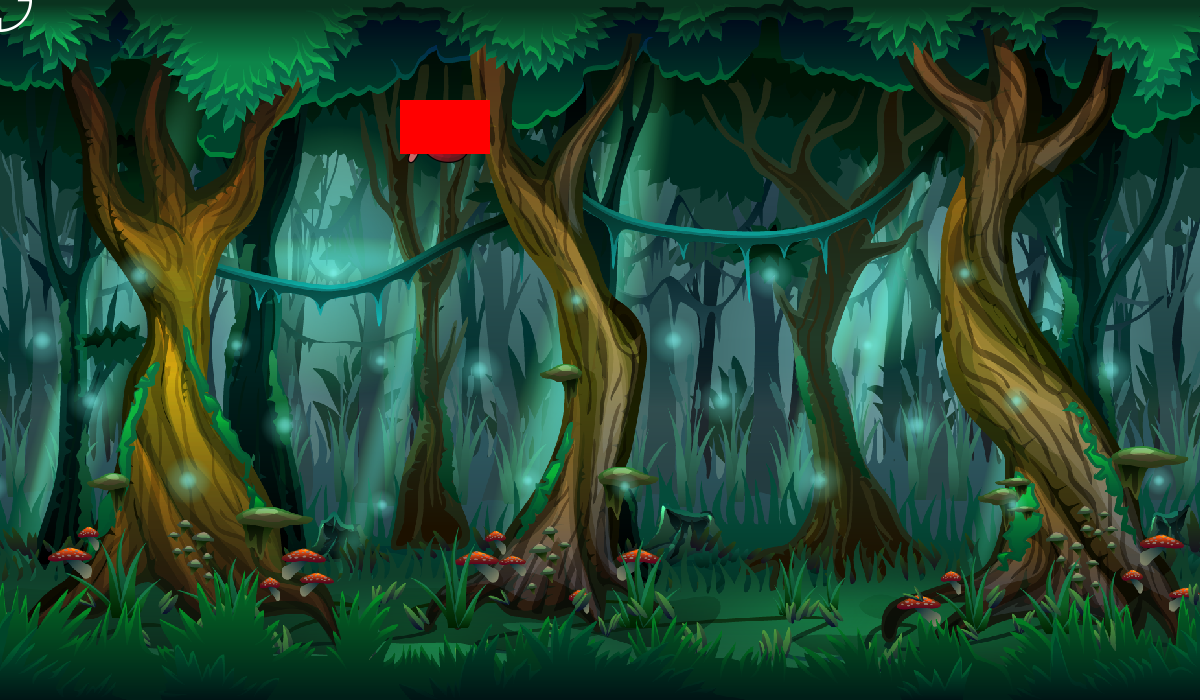
Repository: mys-pro/demo_shooting_bird_vision
Script's output: python main.py
The author's editor kept a copy of each file at every save. The script's output is drawn from the files as they stood at one save, then again after a run of saves.
The window is shown after at most 60 frames with no key pressed. Random numbers start from a fixed seed. It also reads assets/images/backgrounds/Cartoon_Forest_BG_01.png, assets/images/backgrounds/Cartoon_Forest_BG_02.png, assets/images/backgrounds/Cartoon_Forest_BG_03.png, assets/images/backgrounds/Cartoon_Forest_BG_04.png, assets/images/birds/bird1/b-1.png, assets/images/birds/bird1/b-2.png, assets/images/birds/bird1/b-3.png, assets/images/birds/bird1/b-4.png, assets/images/icon.png, assets/images/viewfinder.png.

Above is the script's output before, as saved 2024-06-16 18:03:41.

After the next 2 saves:
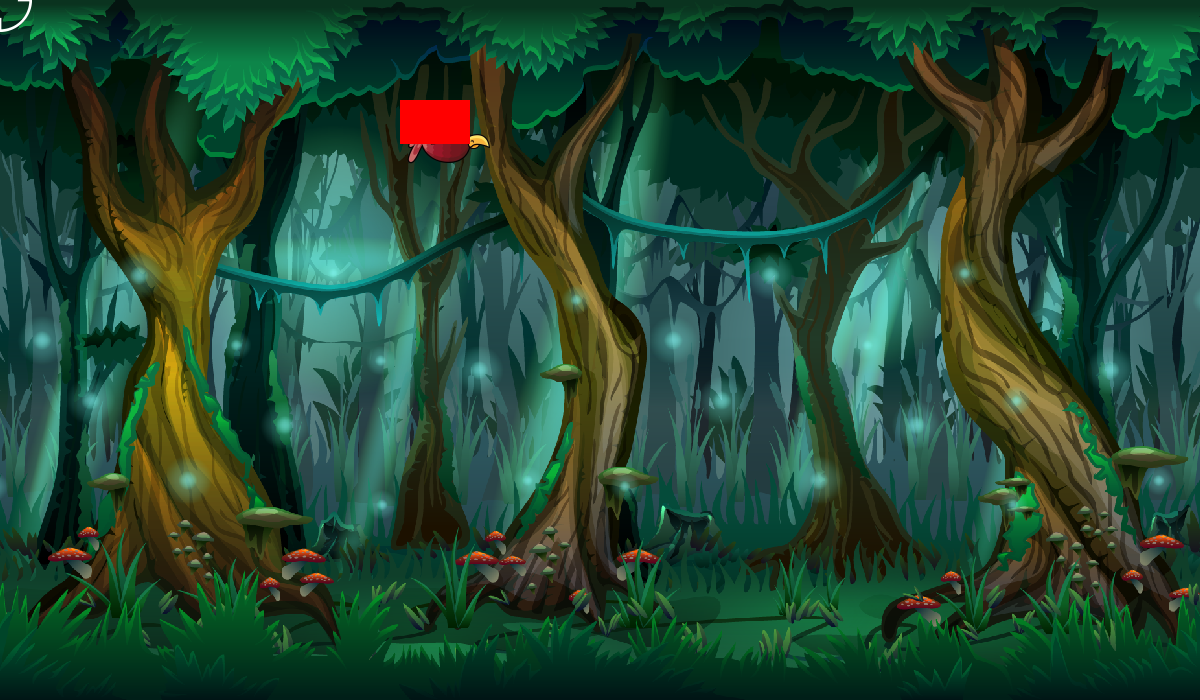
The 2 saves are shown as one change because they came seconds apart.
The last was saved 24 s later.
--- a/main.py
+++ b/main.py
@@ -43,7 +43,7 @@ class birds:
         self.index = 0
         self.image = self.images[self.index]
         self.image_copy = self.image.copy()
-        self.image_smaller = pygame.transform.scale(self.image_copy, (self.image_copy.get_width(), self.image_copy.get_height() - 10))
+        self.image_smaller = pygame.transform.scale(self.image_copy, (self.image_copy.get_width() - 20, self.image_copy.get_height() - 20))
         self.rect = self.image_smaller.get_rect()
         self.rect.center = (SCREEN_WIDTH // 2, SCREEN_HEIGHT // 2)
         self.rect.x = x
